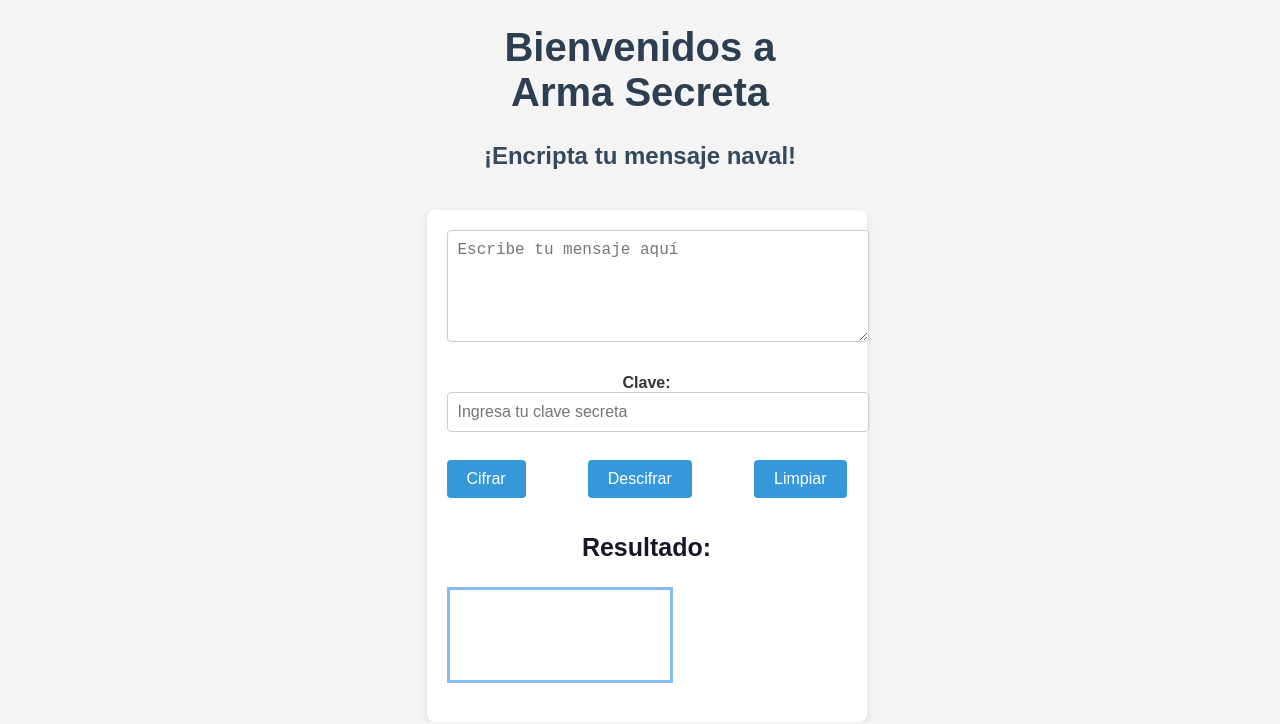
Repository: SusanaCahuantico/LIM009-Cipher
Page: src/index.html
An editor plug-in stored every save of this project. The page is shown before and after the next save, followed by the edit.
The browser window is 1280 px wide. The pictures show the whole page.

Above is the page before, as saved 2025-03-05 12:03:54.

### src/index.html
<!DOCTYPE html>
<html lang="es">
<head>
  <meta charset="UTF-8">
  <meta name="viewport" content="width=device-width, initial-scale=1.0">
  <title>Arma Secreta</title>
  <link rel="stylesheet" href="style.css">
</head>
<body>
  <header>
    <h1>Bienvenidos a <br>Arma Secreta</h1>
    <h2>¡Encripta tu mensaje naval!</h2>
  </header>
  <main>
    <div class="container">
      <textarea id="mensaje" cols="35" rows="5" placeholder="Escribe tu mensaje aquí"></textarea>
      <br><br>
      <label for="offset"><strong>Clave:</strong></label>
      <input type="text" id="offset" placeholder="Ingresa tu clave secreta">
      <br><br>
      <div class="buttons">
        <button id="cifrar" class="btn">Cifrar</button>
        <button id="descifrar" class="btn">Descifrar</button>
        <button id="limpiar" class="btn">Limpiar</button>
      </div>
      <h3>Resultado:</h3>
      <p id="result"></p>
    </div>
  </main>
  <script src="cipher.js"></script>
  <script src="index.js"></script>
</body>
</html>

### src/style.css
body {
    font-family: 'Arial', sans-serif;
    background-color: #f4f4f4;
    color: #333;
    margin: 0;
    padding: 0;
    display: flex;
    justify-content: center;
    align-items: center;
    height: 100vh;
    flex-direction: column;
  }

  header {
    text-align: center;
    margin-bottom: 20px;
  }

  h1 {
    font-size: 2.5rem;
    color: #2c3e50;
  }

  h2 {
    font-size: 1.5rem;
    color: #34495e;
  }

  .container {
    background-color: #fff;
    padding: 20px;
    border-radius: 8px;
    box-shadow: 0 4px 8px rgba(0, 0, 0, 0.1);
    width: 100%;
    max-width: 400px;
    text-align: center;
  }

  textarea {
    width: 100%;
    padding: 10px;
    border-radius: 4px;
    border: 1px solid #ccc;
    font-size: 1rem;
    margin-bottom: 10px;
  }

  input[type="text"] {
    width: 100%;
    padding: 10px;
    border-radius: 4px;
    border: 1px solid #ccc;
    font-size: 1rem;
    margin-bottom: 10px;
  }

  .buttons {
    display: flex;
    justify-content: space-between;
    margin-bottom: 20px;
  }

  .btn {
    padding: 10px 20px;
    border: none;
    border-radius: 4px;
    background-color: #3498db;
    color: #fff;
    font-size: 1rem;
    cursor: pointer;
    transition: background-color 0.3s ease;
  }

  .btn:hover {
    background-color: #2980b9;
  }

  #result {
    font-size: 1.2rem;
    color: #2c3e50;
    margin-top: 20px;
  }

.cajita{
    margin: auto;

}

h3{
    margin-top: 35px;
    color: rgb(22, 22, 41);
    font-size: 25px;
    text-align: center;
}
p{
    text-align: center;
    font-style: solid;
    width: 200px;
    height: 70px;
    background-color: white;
    border: 3px;
    padding: 10px;
    border: 3px solid rgb(133, 188, 240);
    padding: 10px;
}

### src/cipher.js
window.cipher = {
	encode: (offset, string) => {
		const despl = parseInt(offset);
		let result = "";

		for(let i=0; i<string.length; i++){
			let number = string.charCodeAt(i);
			if(number>=65 && number<=90){
				result += String.fromCharCode((number - 65 + despl ) % 26 + 65);
			}
			else if (number === 32) {
				 result += String.fromCharCode(32);
			}
			else if (number >= 97 && number <= 122) {
				result += String.fromCharCode((number-97 + despl) % 26 + 97);
			}
			else if (number >= 33 && number <= 64) {
				result += String.fromCharCode((number - 33 + despl) % 32 + 33);
			}
			else {
				result = "Fuera de rango";
			}
		}  return result;
	},

	decode: (offset, string) => {
		const despl = parseInt(offset);
		let result = "";

		for(let i=0; i<string.length; i++){
			let number = string.charCodeAt(i);
			if(number>=65 && number<=90){
				result += String.fromCharCode((number - 65 - despl) % 26 + 65);
			}
			else if (number === 32) {
				 result += String.fromCharCode(32);
			}
			else if (number >= 97 && number <= 122) {
				result += String.fromCharCode((number - 97 - despl) % 26 + 97);
			}
			else if (number >= 33 && number <= 64) {
				result += String.fromCharCode((number - 33 - despl) % 32 + 33);
			}
			else{
				result = "Fuera de rango";
			}
		}  return result;
	},
};

### src/index.js
const offset = document.getElementById("offset");
const mensaje = document.getElementById("mensaje");
const btncifrar = document.getElementById("cifrar");
const btndescifrar = document.getElementById("descifrar");
const resulta = document.getElementById("result");
const clear = document.getElementById("limpiar");

btncifrar.addEventListener("click", () => {
    const mensajeCapturado = mensaje.value;
    const offsetCapturado = offset.value;
    resulta.innerHTML = cipher.encode(offsetCapturado, mensajeCapturado);
});

btndescifrar.addEventListener("click", () => {
    const mensajeCapturado = mensaje.value;
    const offsetCapturado = offset.value;
    resulta.innerHTML = cipher.decode(offsetCapturado, mensajeCapturado);
});

clear.addEventListener("click", () => {
    mensaje.value = " ";
    offset.value = " ";
    resulta.innerHTML = " ";
});

After the next save:
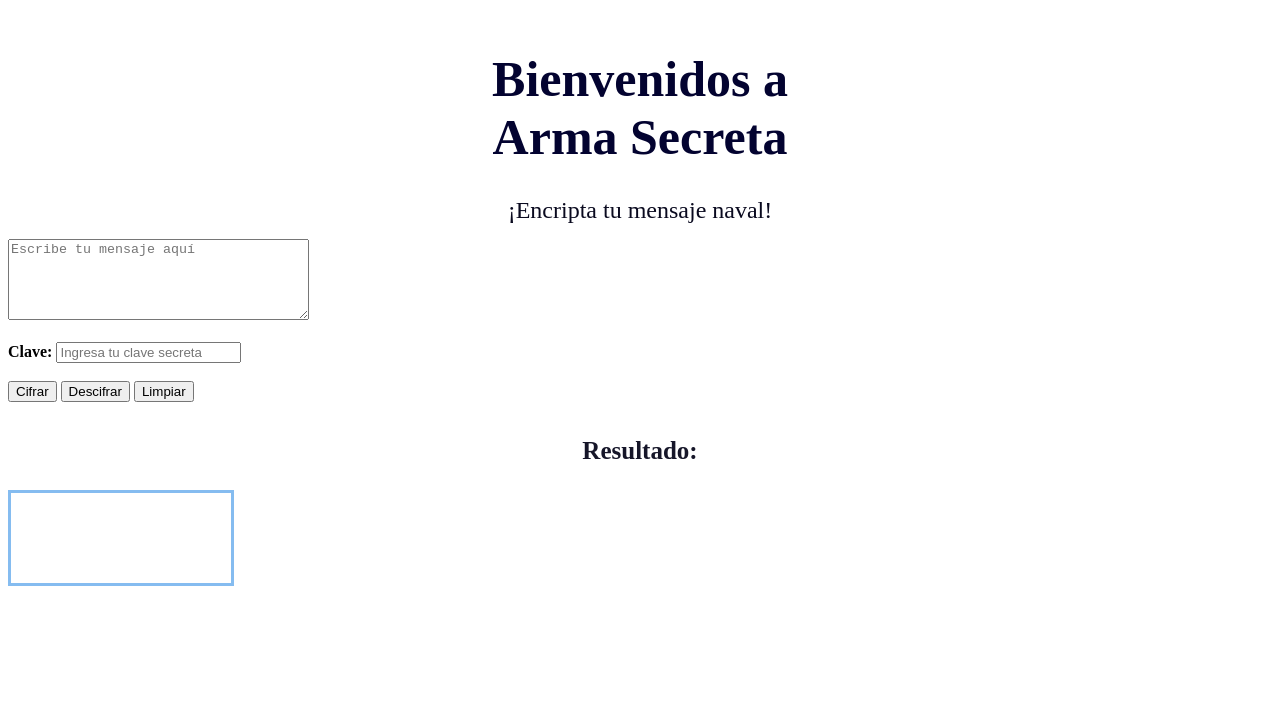
Saved 2 min 4 s later.
--- a/src/style.css
+++ b/src/style.css
@@ -1,90 +1,28 @@
 body {
-    font-family: 'Arial', sans-serif;
-    background-color: #f4f4f4;
-    color: #333;
-    margin: 0;
-    padding: 0;
-    display: flex;
-    justify-content: center;
-    align-items: center;
-    height: 100vh;
-    flex-direction: column;
-  }
-
-  header {
+    background-position: center;
+    background-repeat: no-repeat;
+    background-attachment: fixed;
+    background-size: cover;
+}
+h1{
     text-align: center;
-    margin-bottom: 20px;
-  }
-
-  h1 {
-    font-size: 2.5rem;
-    color: #2c3e50;
-  }
-
-  h2 {
-    font-size: 1.5rem;
-    color: #34495e;
-  }
-
-  .container {
-    background-color: #fff;
-    padding: 20px;
-    border-radius: 8px;
-    box-shadow: 0 4px 8px rgba(0, 0, 0, 0.1);
-    width: 100%;
-    max-width: 400px;
-    text-align: center;
-  }
-
-  textarea {
-    width: 100%;
-    padding: 10px;
-    border-radius: 4px;
-    border: 1px solid #ccc;
-    font-size: 1rem;
-    margin-bottom: 10px;
-  }
-
-  input[type="text"] {
-    width: 100%;
-    padding: 10px;
-    border-radius: 4px;
-    border: 1px solid #ccc;
-    font-size: 1rem;
-    margin-bottom: 10px;
-  }
-
-  .buttons {
-    display: flex;
-    justify-content: space-between;
-    margin-bottom: 20px;
-  }
-
-  .btn {
-    padding: 10px 20px;
-    border: none;
-    border-radius: 4px;
-    background-color: #3498db;
-    color: #fff;
-    font-size: 1rem;
-    cursor: pointer;
-    transition: background-color 0.3s ease;
-  }
-
-  .btn:hover {
-    background-color: #2980b9;
-  }
-
-  #result {
-    font-size: 1.2rem;
-    color: #2c3e50;
-    margin-top: 20px;
-  }
-
+    margin-top: 50px;
+    font-size: 50px;
+    color: rgb(3, 3, 48);
+}
 .cajita{
     margin: auto;
 
 }
+h2{
+    text-align: center;
+    line-height: 20px;
+    font-weight: 200;
+    color: rgb(10, 10, 31);
+}
+
+
+/*background-image: url(fondo/fondo4.jpg);*/
 
 h3{
     margin-top: 35px;
